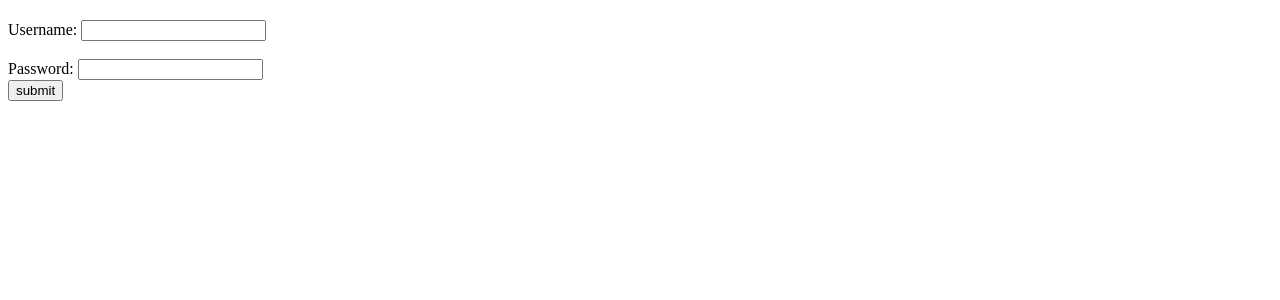
Repository: i-am-enlightened/Spring
Page: http://localhost/LoginSpringApp/login.jsp
The author's editor kept a copy of each file at every save. The page is drawn from the files as they stood at one save, then again after the next save.
The browser window is 1280 px wide. The pictures show the whole page.
The page is served by Tomcat 9.

Above is the page before, as saved 2019-07-31 13:26:17.

After the next save:
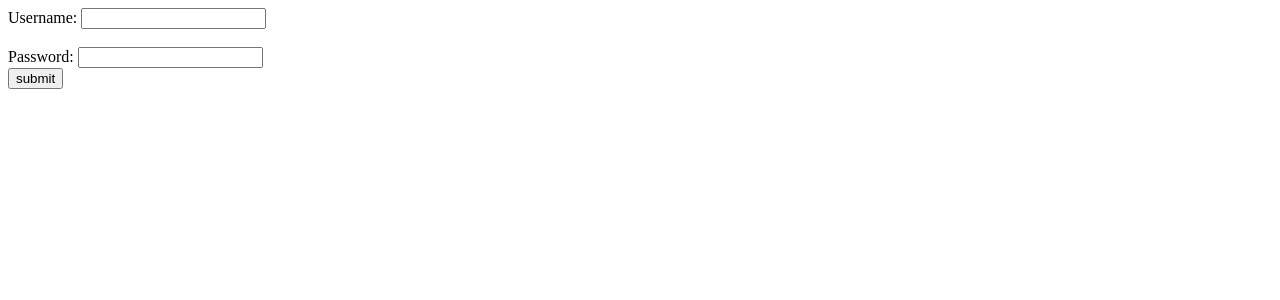
Saved 2 min 2 s later.
--- a/LoginSpringApp/WebContent/login.jsp
+++ b/LoginSpringApp/WebContent/login.jsp
@@ -7,7 +7,8 @@
 <title>Insert title here</title>
 </head>
 <body>
-	<h2>${logonerror}</h2>
+
+	${logonerror}
 	<form action="validate" method="post">
 	Username: <input type="text" name="username"> <br> <br>
 	Password: <input type="password" name="password"> <br>
